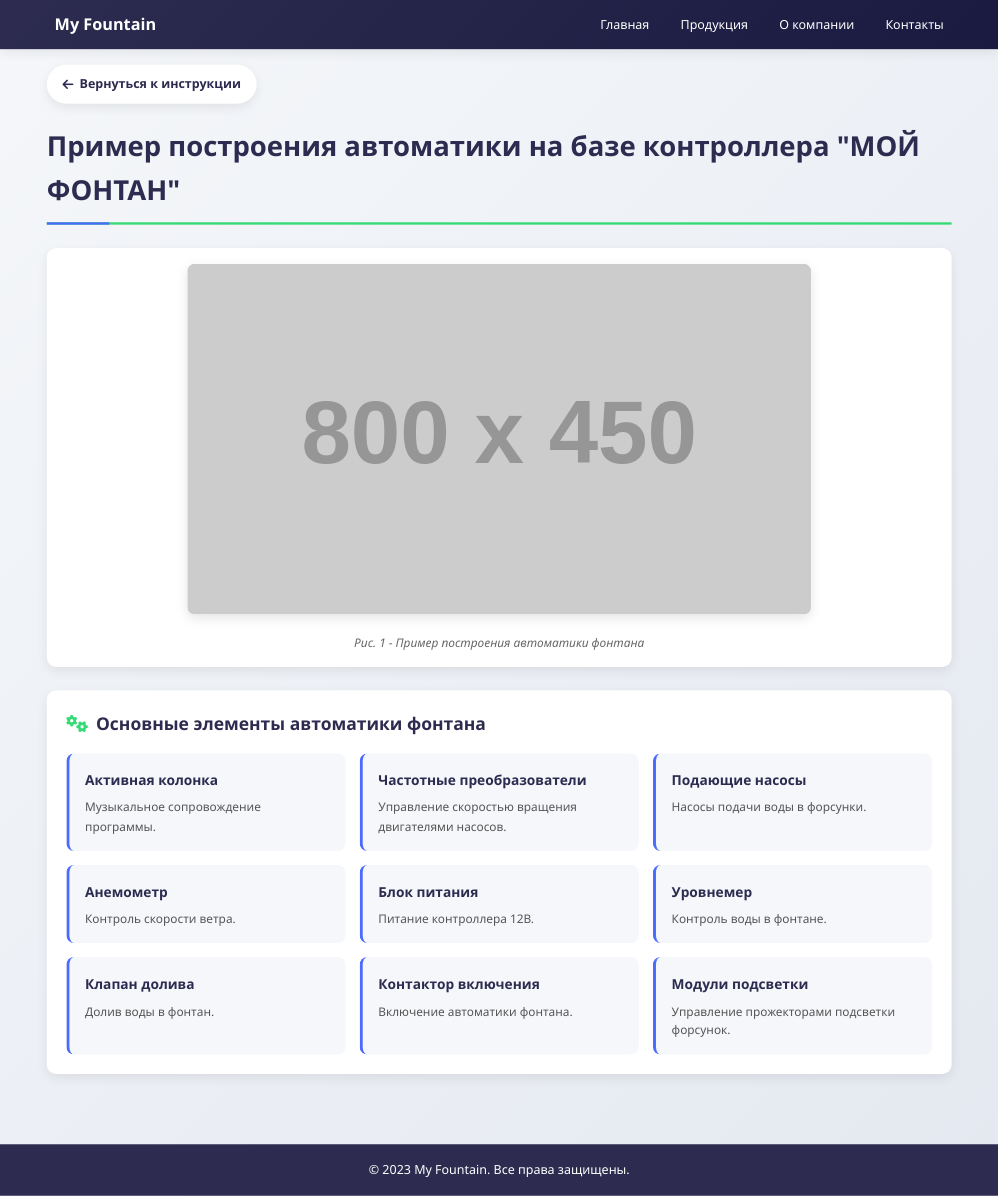
Repository: NikElectronics/fountain_manual
Page: controller.html
An editor plug-in stored every save of this project. The page is shown before and after the next save, followed by the edit.
The browser window is 1280 px wide. The pictures show the whole page, at 78% of full size.

Above is the page before, as saved 2025-10-24 06:21:37.

### controller.html
<!DOCTYPE html>
<html lang="ru">
<head>
    <meta charset="UTF-8">
    <meta name="viewport" content="width=device-width, initial-scale=1.0">
    <title>My Fountain - Автоматика</title>
    <link rel="stylesheet" href="https://cdnjs.cloudflare.com/ajax/libs/font-awesome/6.4.0/css/all.min.css">
    <style>
        :root {
            --primary-color: #2d2c50;
            --secondary-color: #34db74;
            --accent-color: #4a6bff;
            --light-gray: #f5f7fa;
            --white: #ffffff;
            --dark-gray: #333;
            --shadow: 0 5px 15px rgba(0, 0, 0, 0.08);
            --transition: all 0.3s ease;
            --border-radius: 12px;
        }

        * {
            margin: 0;
            padding: 0;
            box-sizing: border-box;
        }

        body {
            font-family: 'Segoe UI', Tahoma, Geneva, Verdana, sans-serif;
            background: linear-gradient(135deg, #f5f7fa 0%, #e4e8f0 100%);
            color: var(--dark-gray);
            line-height: 1.6;
            min-height: 100vh;
            display: flex;
            flex-direction: column;
        }

        .container {
            max-width: 1200px;
            margin: 0 auto;
            padding: 20px;
            flex: 1;
        }

        /* Header */
        header {
            background: linear-gradient(135deg, var(--primary-color) 0%, #1a1940 100%);
            color: white;
            padding: 15px 0;
            box-shadow: var(--shadow);
            position: sticky;
            top: 0;
            z-index: 100;
        }

        .header-content {
            max-width: 1200px;
            margin: 0 auto;
            padding: 0 20px;
            display: flex;
            justify-content: space-between;
            align-items: center;
        }

        .logo {
            display: flex;
            align-items: center;
            gap: 10px;
            font-size: 1.3rem;
            font-weight: 700;
        }

        .logo i {
            color: var(--secondary-color);
            font-size: 1.5rem;
        }

        /* Navigation */
        .mobile-menu-btn {
            display: none;
            background: none;
            border: none;
            color: white;
            font-size: 1.5rem;
            cursor: pointer;
        }

        nav ul {
            display: flex;
            list-style: none;
            gap: 20px;
        }

        nav a {
            color: white;
            text-decoration: none;
            font-weight: 500;
            transition: var(--transition);
            padding: 5px 10px;
            border-radius: 5px;
        }

        nav a:hover {
            background: rgba(255, 255, 255, 0.1);
        }

        /* Main Content */
        .back-link {
            display: inline-flex;
            align-items: center;
            gap: 8px;
            margin-bottom: 25px;
            color: var(--primary-color);
            text-decoration: none;
            font-weight: 600;
            padding: 12px 20px;
            background: var(--white);
            border-radius: 30px;
            box-shadow: var(--shadow);
            transition: var(--transition);
        }

        .back-link:hover {
            transform: translateY(-3px);
            box-shadow: 0 8px 20px rgba(0, 0, 0, 0.12);
            color: var(--accent-color);
        }

        h1 {
            color: var(--primary-color);
            border-bottom: 3px solid var(--secondary-color);
            padding-bottom: 15px;
            margin: 0 0 20px 0;
            font-size: clamp(1.8rem, 4vw, 2.2rem);
            position: relative;
        }

        h1:after {
            content: '';
            position: absolute;
            bottom: -3px;
            left: 0;
            width: 80px;
            height: 3px;
            background: var(--accent-color);
        }

        /* Screenshot Section */
        .screenshot-container {
            text-align: center;
            margin: 30px 0;
            padding: 20px;
            background: var(--white);
            border-radius: var(--border-radius);
            box-shadow: var(--shadow);
            transition: var(--transition);
        }

        .screenshot-container:hover {
            transform: translateY(-5px);
            box-shadow: 0 15px 30px rgba(0, 0, 0, 0.15);
        }

        .screenshot {
            max-width: 100%;
            height: auto;
            border-radius: 10px;
            box-shadow: 0 5px 15px rgba(0, 0, 0, 0.1);
        }

        .caption {
            font-style: italic;
            color: #666;
            margin-top: 15px;
            font-size: 0.95rem;
        }

        /* Description Section */
        .description {
            background: var(--white);
            padding: 25px;
            border-radius: var(--border-radius);
            margin: 30px 0;
            box-shadow: var(--shadow);
            transition: var(--transition);
        }

        .description:hover {
            transform: translateY(-3px);
            box-shadow: 0 10px 25px rgba(0, 0, 0, 0.12);
        }

        .description h3 {
            color: var(--primary-color);
            margin-bottom: 20px;
            font-size: 1.4rem;
            display: flex;
            align-items: center;
            gap: 10px;
        }

        .description h3 i {
            color: var(--secondary-color);
        }

        /* Elements Grid */
        .elements-list {
            display: grid;
            grid-template-columns: repeat(auto-fill, minmax(280px, 1fr));
            gap: 18px;
            margin-top: 20px;
        }

        .element-card {
            background: var(--light-gray);
            padding: 20px;
            border-radius: 10px;
            border-left: 4px solid var(--accent-color);
            transition: var(--transition);
            display: flex;
            flex-direction: column;
        }

        .element-card:hover {
            transform: translateX(5px);
            background: #eef2f7;
        }

        .element-card strong {
            color: var(--primary-color);
            display: block;
            margin-bottom: 8px;
            font-size: 1.1rem;
        }

        .element-card span {
            color: #555;
            font-size: 0.95rem;
        }

        /* Footer */
        footer {
            background: var(--primary-color);
            color: white;
            text-align: center;
            padding: 20px 0;
            margin-top: 40px;
        }

        .footer-content {
            max-width: 1200px;
            margin: 0 auto;
            padding: 0 20px;
        }

        /* Mobile Styles */
        @media (max-width: 768px) {
            .container {
                padding: 15px;
            }

            .header-content {
                padding: 0 15px;
            }

            .logo {
                font-size: 1.2rem;
            }

            .logo i {
                font-size: 1.3rem;
            }

            .mobile-menu-btn {
                display: block;
            }

            nav {
                position: fixed;
                top: 60px;
                right: -100%;
                background: var(--primary-color);
                width: 80%;
                height: calc(100vh - 60px);
                transition: var(--transition);
                box-shadow: -5px 0 15px rgba(0, 0, 0, 0.1);
            }

            nav.active {
                right: 0;
            }

            nav ul {
                flex-direction: column;
                padding: 20px;
                gap: 0;
            }

            nav li {
                border-bottom: 1px solid rgba(255, 255, 255, 0.1);
            }

            nav a {
                display: block;
                padding: 15px 10px;
            }

            .back-link {
                padding: 10px 16px;
                font-size: 0.95rem;
            }

            .screenshot-container {
                padding: 15px;
                margin: 20px 0;
            }

            .description {
                padding: 20px;
                margin: 25px 0;
            }

            .elements-list {
                grid-template-columns: 1fr;
                gap: 15px;
            }

            .element-card {
                padding: 16px;
            }
        }

        @media (max-width: 480px) {
            .container {
                padding: 10px;
            }

            .header-content {
                padding: 0 10px;
            }

            .logo {
                font-size: 1.1rem;
            }

            h1 {
                font-size: 1.6rem;
            }

            .back-link {
                width: 100%;
                justify-content: center;
                margin-bottom: 20px;
            }

            .screenshot-container {
                padding: 12px;
            }

            .description {
                padding: 16px;
            }
        }
    </style>
</head>

<body>
    <header>
        <div class="header-content">
            <div class="logo">
                <i class="fas fa-fountain"></i>
                <span>My Fountain</span>
            </div>
            <button class="mobile-menu-btn" id="mobileMenuBtn">
                <i class="fas fa-bars"></i>
            </button>
            <nav id="mainNav">
                <ul>
                    <li><a href="index.html">Главная</a></li>
                    <li><a href="products.html">Продукция</a></li>
                    <li><a href="about.html">О компании</a></li>
                    <li><a href="contact.html">Контакты</a></li>
                </ul>
            </nav>
        </div>
    </header>

    <div class="container">
        <a href="index.html" class="back-link">
            <i class="fas fa-arrow-left"></i>
            Вернуться к инструкции
        </a>

        <h1>Пример построения автоматики на базе контроллера "МОЙ ФОНТАН"</h1>

        <div class="screenshot-container">
            <img src="https://via.placeholder.com/800x450/2d2c50/ffffff?text=Контроллер+My+Fountain" alt="Изображение контроллера" class="screenshot">
            <div class="caption">Рис. 1 - Пример построения автоматики фонтана</div>
        </div>

        <div class="description">
            <h3><i class="fas fa-cogs"></i> Основные элементы автоматики фонтана</h3>
            <div class="elements-list">
                <div class="element-card">
                    <strong>Активная колонка</strong>
                    <span>Музыкальное сопровождение программы.</span>
                </div>
                <div class="element-card">
                    <strong>Частотные преобразователи</strong>
                    <span>Управление скоростью вращения двигателями насосов.</span>
                </div>
                <div class="element-card">
                    <strong>Подающие насосы</strong>
                    <span>Насосы подачи воды в форсунки.</span>
                </div>
                <div class="element-card">
                    <strong>Анемометр</strong>
                    <span>Контроль скорости ветра.</span>
                </div>
                <div class="element-card">
                    <strong>Блок питания</strong>
                    <span>Питание контроллера 12В.</span>
                </div>
                <div class="element-card">
                    <strong>Уровнемер</strong>
                    <span>Контроль воды в фонтане.</span>
                </div>
                <div class="element-card">
                    <strong>Клапан долива</strong>
                    <span>Долив воды в фонтан.</span>
                </div>
                <div class="element-card">
                    <strong>Контактор включения</strong>
                    <span>Включение автоматики фонтана.</span>
                </div>
                <div class="element-card">
                    <strong>Модули подсветки</strong>
                    <span>Управление прожекторами подсветки форсунок.</span>
                </div>
            </div>
        </div>
    </div>

    <footer>
        <div class="footer-content">
            <p>&copy; 2023 My Fountain. Все права защищены.</p>
        </div>
    </footer>

    <script>
        // Мобильное меню
        const mobileMenuBtn = document.getElementById('mobileMenuBtn');
        const mainNav = document.getElementById('mainNav');

        mobileMenuBtn.addEventListener('click', function() {
            mainNav.classList.toggle('active');
            const icon = this.querySelector('i');
            if (mainNav.classList.contains('active')) {
                icon.classList.remove('fa-bars');
                icon.classList.add('fa-times');
            } else {
                icon.classList.remove('fa-times');
                icon.classList.add('fa-bars');
            }
        });

        // Закрытие меню при клике на ссылку
        const navLinks = document.querySelectorAll('nav a');
        navLinks.forEach(link => {
            link.addEventListener('click', function() {
                mainNav.classList.remove('active');
                mobileMenuBtn.querySelector('i').classList.remove('fa-times');
                mobileMenuBtn.querySelector('i').classList.add('fa-bars');
            });
        });
    </script>
</body>
</html>

After the next save:
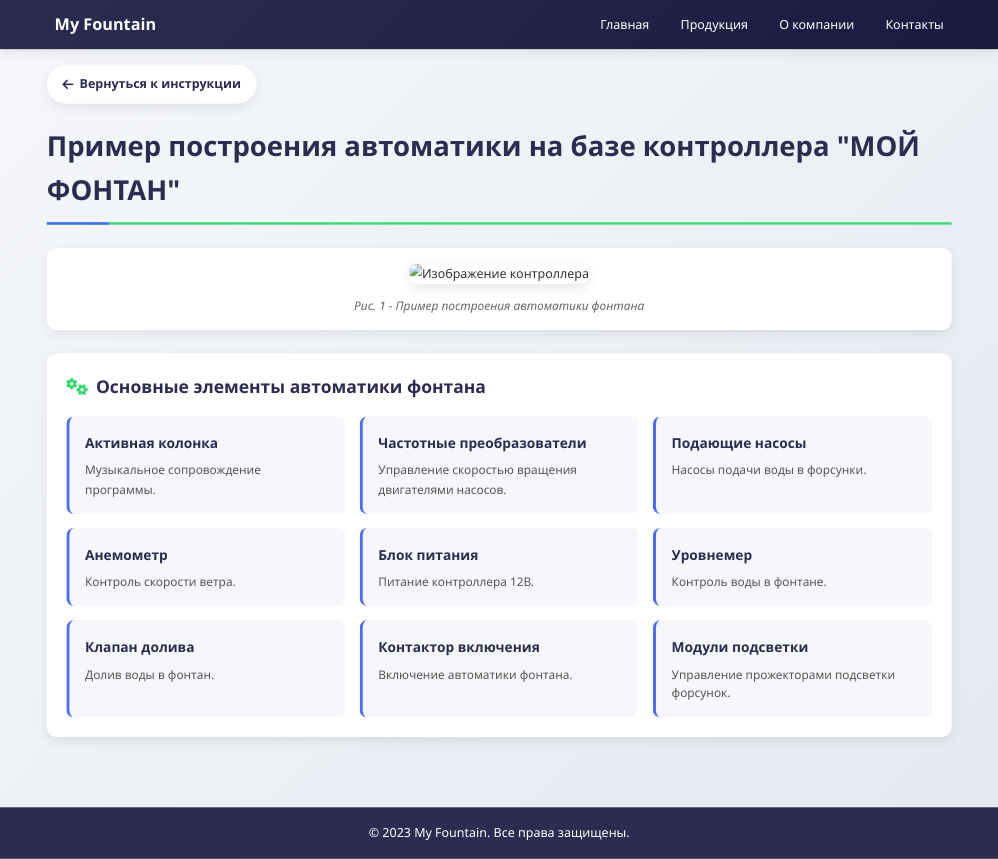
Not found: controller_image.jpg
Saved 2 min 25 s later.
--- a/controller.html
+++ b/controller.html
@@ -393,7 +393,7 @@
         <h1>Пример построения автоматики на базе контроллера "МОЙ ФОНТАН"</h1>
 
         <div class="screenshot-container">
-            <img src="https://via.placeholder.com/800x450/2d2c50/ffffff?text=Контроллер+My+Fountain" alt="Изображение контроллера" class="screenshot">
+            <img src="controller_image.jpg" alt="Изображение контроллера" class="screenshot">
             <div class="caption">Рис. 1 - Пример построения автоматики фонтана</div>
         </div>
 
